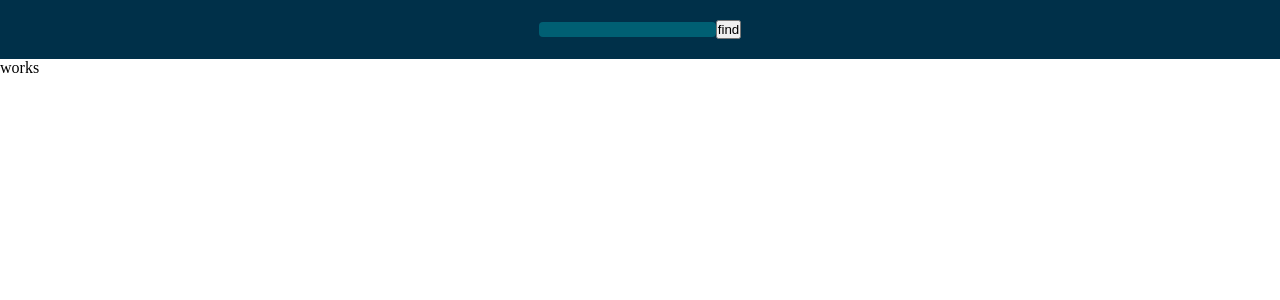
Repository: rutsguifd/uni
Page: / (app in filmhub-react/)
These files come from the project's save history. The page is drawn as it stood at one moment and after the next save; the edit follows.
The browser window is 1280 px wide. The pictures show the whole page.
The page's requests for data from a server got no answer. The project was rebuilt for these pictures with package versions that can differ from the ones it lists, and the page was loaded fresh each time. No one was signed in, and anything a server would have sent is missing.

Above is the page before, as saved 2022-04-12 17:40:13.

### filmhub-react/src/index.js
import React from "react";
import ReactDOM from "react-dom";
import { Provider } from "react-redux";
import App from "./App";
import { store } from "./store"

ReactDOM.render(
  <React.StrictMode>
    <Provider store={store}>
      <App />
    </Provider>
  </React.StrictMode>,
  document.getElementById("root")
);

### filmhub-react/src/App.js
import axios from "axios";
import { useEffect } from "react";
import Header from "./components/Header";
import './styles/App.scss'

function App() {
  const fetch = () => {
    axios.get('http://www.omdbapi.com/?apikey=c4183736&s=superman&page=2')
  .then((response)=>console.log(response.data));
  }
    useEffect(()=>{fetch()},[])
  return (
    <div className="App">
    <Header/>
      works
    </div>
  );
}

export default App;

### filmhub-react/src/store/index.js
import { combineReducers, createStore } from "redux";
import { composeWithDevTools } from "redux-devtools-extension";
import { fetchDataReducer } from "./fetchDataReducer";
const rootReducer = combineReducers({
    fetchDataReducer
})

export const store = createStore(rootReducer, composeWithDevTools())

### filmhub-react/src/components/Header.jsx
import React, { useState } from "react";
import { useDispatch } from "react-redux";
import "../styles/Header.scss"
import MyInput from "./UI/MyInput/MyInput";

const Header = () => {
  const [searchQuery, setSearchQuery] = useState("");
  const dispatch = useDispatch();
  const fetchData = (e) => {
      e.preventDefault()
      dispatch({type: "FETCH_SEARCH_MOVIE", payload: searchQuery})
      setSearchQuery("")
  }
  //const a = useSelector((state)=>state.fetchDataReducer.movies)
  return (
    <div className="header">
      <form>
        <MyInput
          value={searchQuery}
          onChange={(e) => setSearchQuery(e.target.value)}
        />
        <button onClick={fetchData}>find</button>
      </form>
    </div>
  );
};

export default Header;

### filmhub-react/src/store/fetchDataReducer.js
import axios from "axios";

const initialState = {
    movies: []
};

const FETCH_SEARCH_MOVIE = "FETCH_SEARCH_MOVIE";
async function fetchSearchMovie(searchQuery) {
    await axios.get(`http://www.omdbapi.com/?apikey=c4183736&s=${searchQuery}`)
    .then((response)=>response.data)
    .then((data) => console.log(data))
    ;
}

export const fetchDataReducer = (state = initialState, action) => {
    switch(action.type) {
        case FETCH_SEARCH_MOVIE:
            return {...state, movies: [...state.movies, fetchSearchMovie(action.payload)]}
        default:
            return state;
    }
}

### filmhub-react/src/styles/Header.scss
.header{
    display: flex;
    padding: 20px;
    justify-content: center;
    align-items: center;
    background-color: #003049;
}

### filmhub-react/src/components/UI/MyInput/MyInput.jsx
import React from 'react'
import classes from './MyInput.module.scss'

const MyInput = (props) => {
  return (
    <input {...props} className={classes.input}/>
  )
}

export default MyInput

### filmhub-react/src/components/UI/MyInput/MyInput.module.scss
.input{
    background-color: #005f73;
    border-radius: 4px;
    border: none;
}

Loaded but not shown: filmhub-react/public/index.html (common file); filmhub-react/src/styles/App.scss (common file)

After the next save:
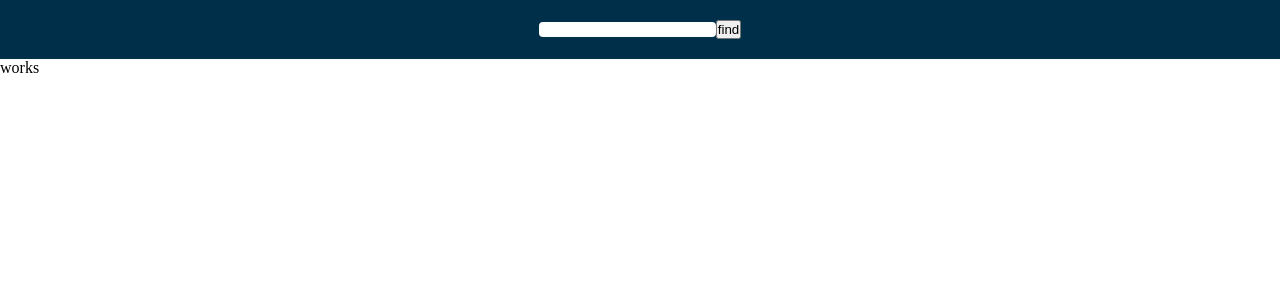
Saved 14 s later.
--- a/filmhub-react/src/components/UI/MyInput/MyInput.module.scss
+++ b/filmhub-react/src/components/UI/MyInput/MyInput.module.scss
@@ -1,5 +1,4 @@
 .input{
-    background-color: #005f73;
     border-radius: 4px;
     border: none;
 }
